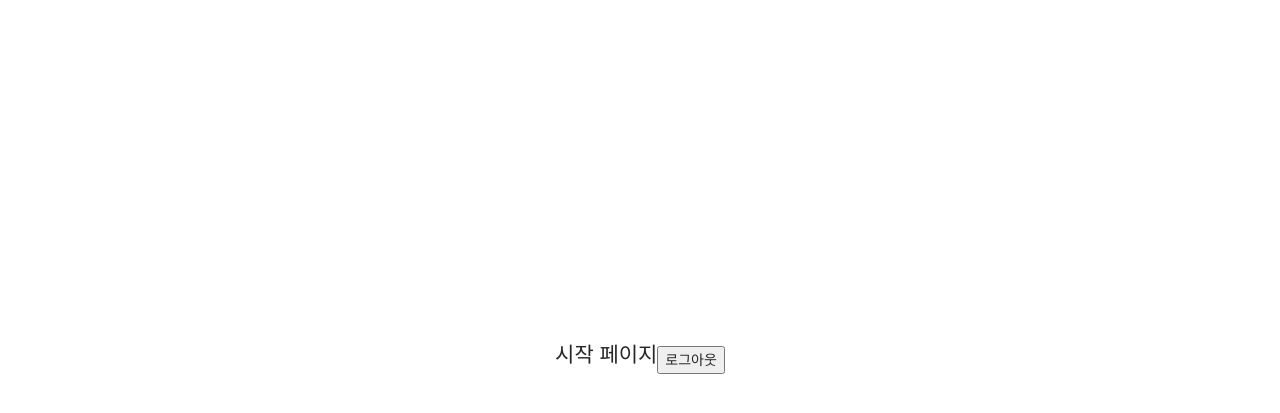
Repository: chlwpdns/infrun-Nodejs-Study
Page: / (app in front/)
The author's editor kept a copy of each file at every save. The page is drawn from the files as they stood at one save, then again after the next save.
The browser window is 1280 px wide. The pictures show the whole page.
The page's requests for data from a server got no answer. The project was rebuilt for these pictures with package versions that can differ from the ones it lists, and the page was loaded fresh each time. No one was signed in, and anything a server would have sent is missing. Also part of the build but not shown: front/src/App.css, front/src/action/user_action.js, front/src/action/loginUser.js, front/src/components/views/LoginPage/LoginPage.js, front/src/components/views/Register/Register.js, front/src/hoc/auth.js.

Above is the page before, as saved 2022-08-23 22:21:52.

After the next save:
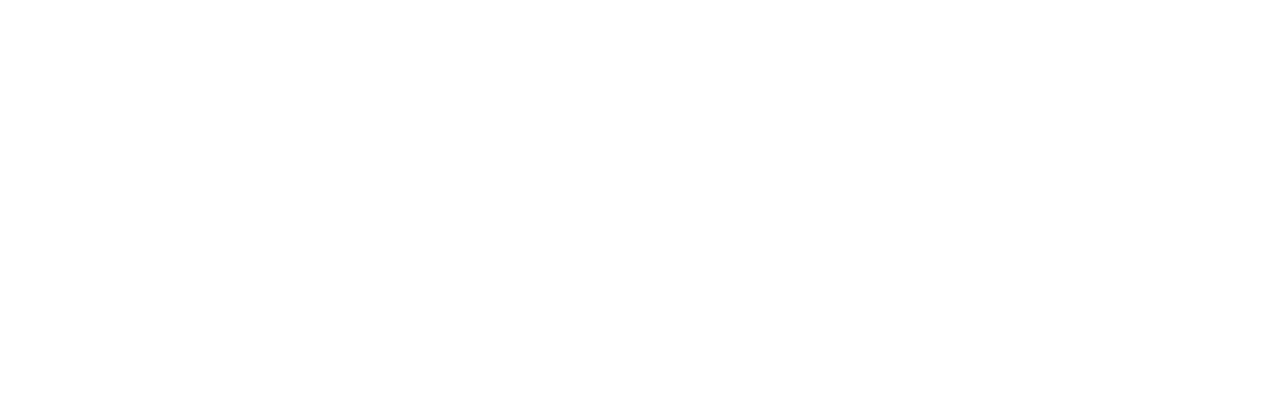
Saved 7 s later.
--- a/front/src/App.js
+++ b/front/src/App.js
@@ -14,7 +14,7 @@
   return (
     <div>
       <Routes>
-        <Route path='/' element={<LandingPage />} />
+        <Route path='/' element={((<LandingPage />), null)} />
         <Route path='/login' element={Login} />
         <Route path='/register' element={RegisterPage} />
       </Routes>

After the 2 saves that followed:
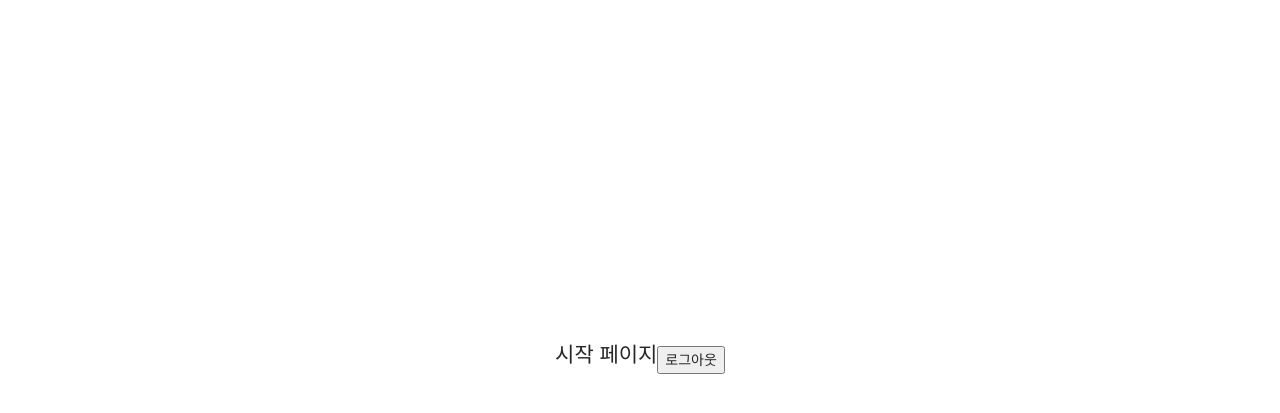
The 2 saves are shown as one change because 1 left the picture as it was.
The last was saved 8 s later.
--- a/front/src/App.js
+++ b/front/src/App.js
@@ -14,7 +14,7 @@
   return (
     <div>
       <Routes>
-        <Route path='/' element={((<LandingPage />), null)} />
+        <Route path='/' element={<LandingPage />} />
         <Route path='/login' element={Login} />
         <Route path='/register' element={RegisterPage} />
       </Routes>
